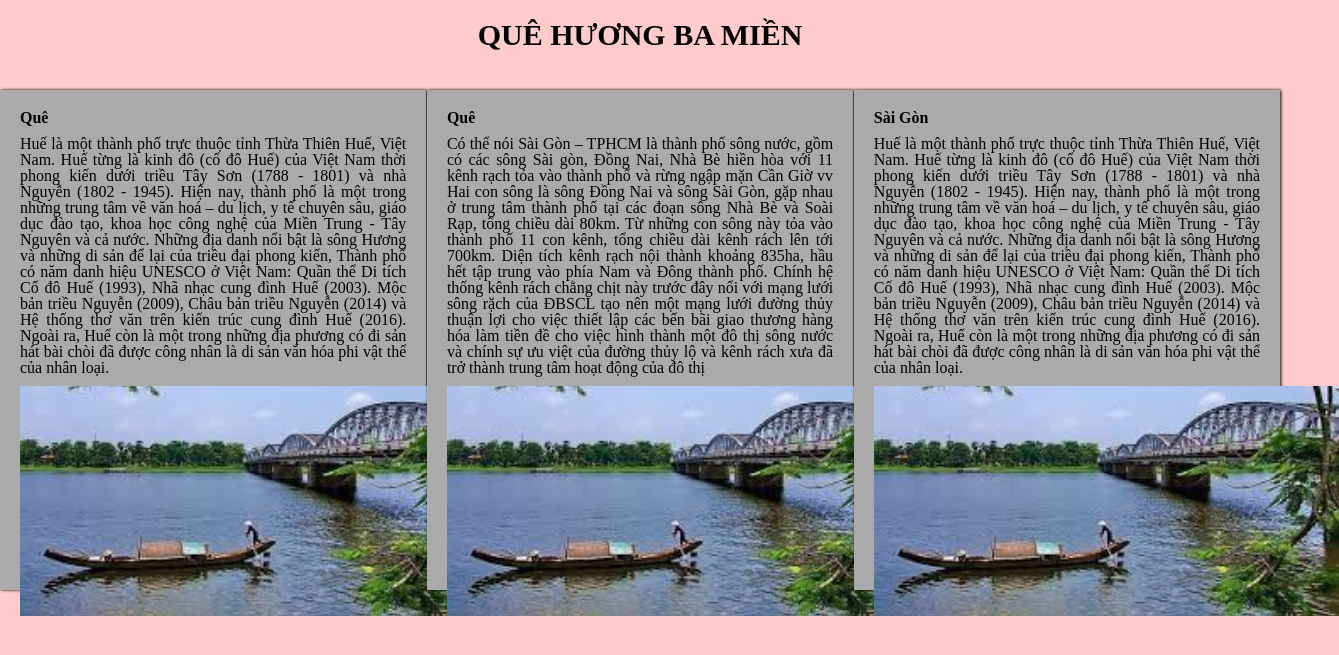
Repository: Tan-Khang21/TH_TKW--Buoi_06
Page: Bai_Tap_Tren_lop/Bai_02/LayoutCSS2.html
The author's editor kept a copy of each file at every save. The page is drawn from the files as they stood at one save, then again after the next save.
The browser window is 1280 px wide. The page is 1339 px wide, so the pictures cover 1339 px, including what lies to the right of the window. The pictures show the whole page.

Above is the page before, as saved 2024-03-11 20:33:13.

After the next save:
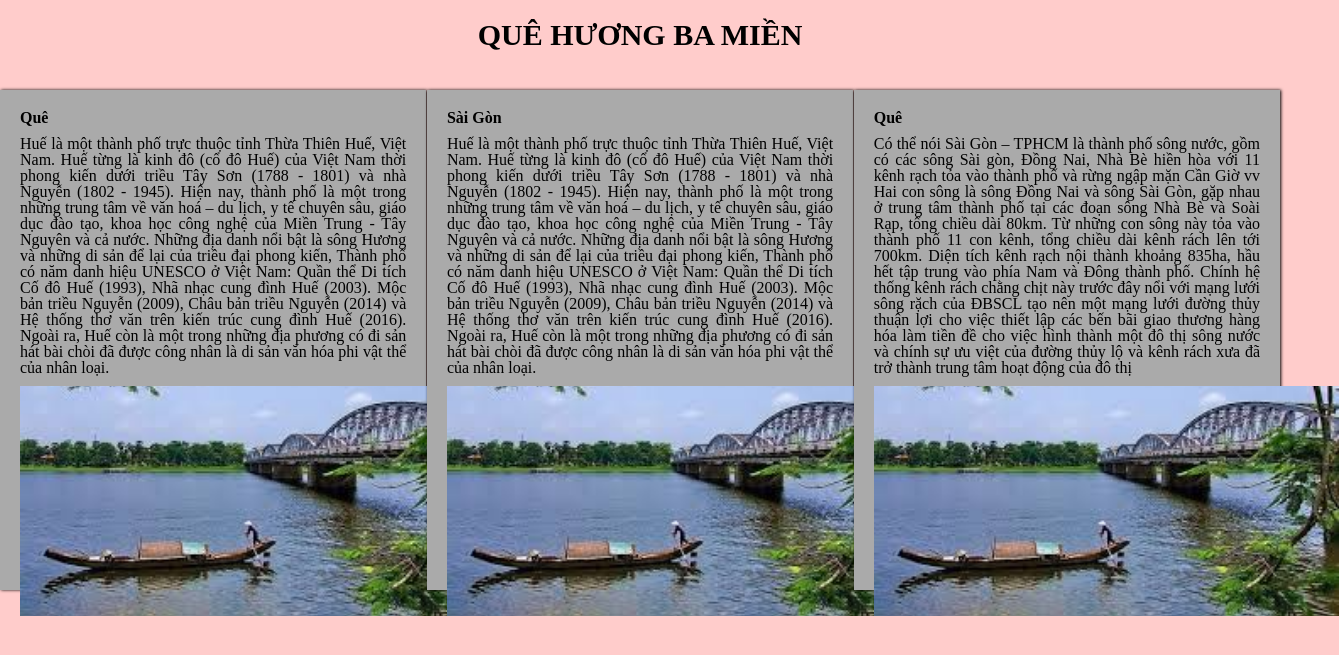
Saved 24 s later.
--- a/Bai_Tap_Tren_lop/Bai_02/LayoutCSS2.html
+++ b/Bai_Tap_Tren_lop/Bai_02/LayoutCSS2.html
@@ -30,6 +30,28 @@
           <img src="images/images1.jpg" alt="" />
         </div>
       </div>
+
+      <div class="item">
+        <h5 style="font-weight: bold; margin-bottom: 10px">Sài Gòn</h5>
+        <p style="margin-bottom: 10px">
+          Huế là một thành phố trực thuộc tỉnh Thừa Thiên Huế, Việt Nam. Huế
+          từng là kinh đô (cổ đô Huế) của Việt Nam thời phong kiến dưới triều
+          Tây Sơn (1788 - 1801) và nhà Nguyễn (1802 - 1945). Hiện nay, thành phố
+          là một trong những trung tâm về văn hoá – du lịch, y tế chuyên sâu,
+          giáo dục đào tạo, khoa học công nghệ của Miền Trung - Tây Nguyên và cả
+          nước. Những địa danh nổi bật là sông Hương và những di sản để lại của
+          triều đại phong kiến, Thành phố có năm danh hiệu UNESCO ở Việt Nam:
+          Quần thể Di tích Cố đô Huế (1993), Nhã nhạc cung đình Huế (2003). Mộc
+          bản triều Nguyễn (2009), Châu bản triều Nguyễn (2014) và Hệ thống thơ
+          văn trên kiến trúc cung đình Huế (2016). Ngoài ra, Huế còn là một
+          trong những địa phương có đi sản hát bài chòi đã được công nhân là di
+          sản văn hóa phi vật thể của nhân loại.
+        </p>
+        <div class="images">
+          <img src="images/images1.jpg" alt="" />
+        </div>
+      </div>
+
       <div class="item">
         <h5 style="font-weight: bold; margin-bottom: 10px">Quê</h5>
         <p style="margin-bottom: 10px">
@@ -50,26 +72,6 @@
           <img src="images/images1.jpg" alt="" />
         </div>
       </div>
-      <div class="item">
-        <h5 style="font-weight: bold; margin-bottom: 10px">Sài Gòn</h5>
-        <p style="margin-bottom: 10px">
-          Huế là một thành phố trực thuộc tỉnh Thừa Thiên Huế, Việt Nam. Huế
-          từng là kinh đô (cổ đô Huế) của Việt Nam thời phong kiến dưới triều
-          Tây Sơn (1788 - 1801) và nhà Nguyễn (1802 - 1945). Hiện nay, thành phố
-          là một trong những trung tâm về văn hoá – du lịch, y tế chuyên sâu,
-          giáo dục đào tạo, khoa học công nghệ của Miền Trung - Tây Nguyên và cả
-          nước. Những địa danh nổi bật là sông Hương và những di sản để lại của
-          triều đại phong kiến, Thành phố có năm danh hiệu UNESCO ở Việt Nam:
-          Quần thể Di tích Cố đô Huế (1993), Nhã nhạc cung đình Huế (2003). Mộc
-          bản triều Nguyễn (2009), Châu bản triều Nguyễn (2014) và Hệ thống thơ
-          văn trên kiến trúc cung đình Huế (2016). Ngoài ra, Huế còn là một
-          trong những địa phương có đi sản hát bài chòi đã được công nhân là di
-          sản văn hóa phi vật thể của nhân loại.
-        </p>
-        <div class="images">
-          <img src="images/images1.jpg" alt="" />
-        </div>
-      </div>
     </div>
   </body>
 </html>
